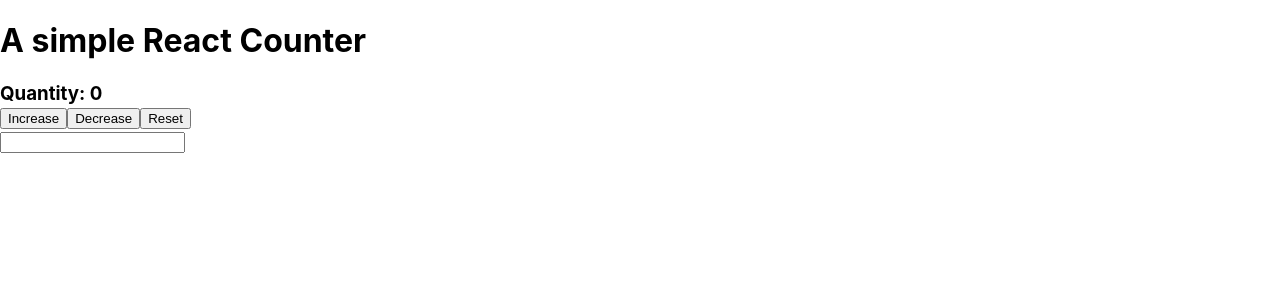
Repository: qudos4real/altschool-second-sem
Page: /
The author's editor kept a copy of each file at every save. The page is drawn from the files as they stood at one save, then again after a run of saves.
The browser window is 1280 px wide. The pictures show the whole page.
The project was rebuilt for these pictures with package versions that can differ from the ones it lists, and the page was loaded fresh each time. Also part of the build but not shown: src/App.css.

Above is the page before, as saved 2022-11-03 02:01:41.

### src/App.js
import Counter from './Counter';
import './App.css';



function App() {

  return (
    <>
    <h1>
      A simple React Counter
    </h1>
    <Counter />
    </>

  );
}

export default App;

### src/Counter.js
import React from 'react'
import { useState } from 'react';

const useCounter = (initialValue) => {
    const [count, setCount] = useState(initialValue);
    const increment = () => { setCount(count + 1) };
    const decrement = () => { count > 0 && setCount(count - 1) };
    const reset = () => { setCount(initialValue) };
    const setValue = (value) => { setCount(value) };
    return { count, increment, decrement, reset, setValue };

}

// function reducer(state, action) {
//     switch (action.type) {
//         case 'increment':
//             return { count: state.count + 1 };
//         case 'decrement':
//             return { count: state.count - 1 };
//         case 'reset':
//             return { count: 0 };
//         default:
//             return state;
//     }
// }

function Counter() {
    const quantity = useCounter(0);
    // const [state, dispatch] = React.useReducer(reducer, { count: 0 });
    return (
        <div>
            {/* <h2>Counter</h2>
            <p>Count: {state.count}</p> */}

            <h3>
            Quantity: {quantity.count}

            <br />
            {/* <button onClick={() => dispatch({type: "increment"})}>Increase</button> */}
            {/* <button onClick={() => dispatch({type: "decrement"})}>Decrease</button> */}
            <button onClick={quantity.increment}>Increase</button>
            <button onClick={quantity.decrement}>Decrease</button>
            <button onClick={quantity.reset}>Reset</button>
            <br />
            <input type="number" onChange={(e) => quantity.setValue(e.target.value)} />


            </h3>
        </div>
    )
}

export default Counter

### src/Reducer.js
import React from 'react'
import { useReducer } from 'react';


function reducer(state, action) {
    switch (action.type) {
        case 'increment':
            return { count: state.count + 1 };
        case 'decrement':
            return { count: state.count - 1 };
        case 'reset':
            return { count: 0 };
        default:
            return state;
    }
}

 const [state, dispatch] = useReducer(reducer, { count: 0 });



 function Reducer() {
    return (
        <>
            <h3> Quantity: {state}</h3>
            <button onClick={() => dispatch({ type: 'increment' })}>Increase</button>
            <button onClick={() => dispatch({ type: 'decrement' })}>Decrease</button>
            <button onClick={() => dispatch({ type: 'reset' })}>Reset</button>

        </>
    )
 }

 export default Reducer

Loaded but not shown: public/index.html (common file); src/index.js (common file); src/index.css (common file); src/reportWebVitals.js (common file)

After the next 3 saves:
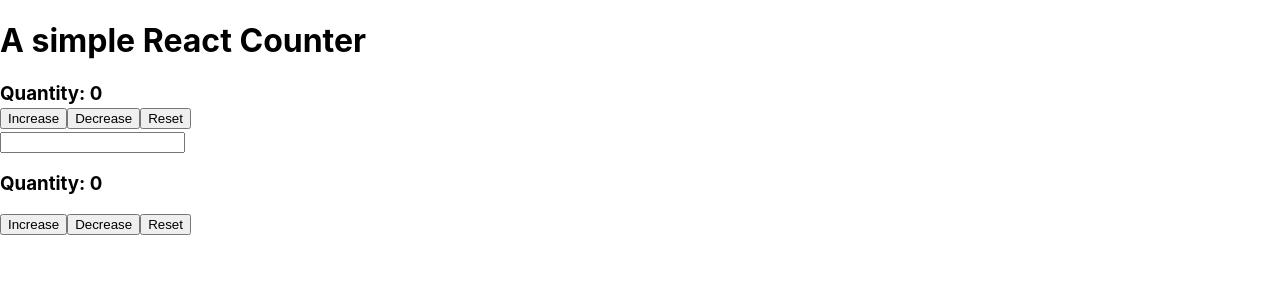
The 3 saves are shown as one change because 2 did not build or start.
The last was saved 2 min 33 s later.
--- a/src/App.js
+++ b/src/App.js
@@ -1,5 +1,6 @@
 import Counter from './Counter';
 import './App.css';
+import Reducer from './Reducer';
 
 
 
@@ -11,6 +12,7 @@
       A simple React Counter
     </h1>
     <Counter />
+    <Reducer />
     </>
 
   );
--- a/src/Reducer.js
+++ b/src/Reducer.js
@@ -15,14 +15,13 @@
     }
 }
 
- const [state, dispatch] = useReducer(reducer, { count: 0 });
-
 
 
  function Reducer() {
+        const [state, dispatch] = useReducer(reducer, { count: 0 });
     return (
         <>
-            <h3> Quantity: {state}</h3>
+            <h3> Quantity: 0</h3>
             <button onClick={() => dispatch({ type: 'increment' })}>Increase</button>
             <button onClick={() => dispatch({ type: 'decrement' })}>Decrease</button>
             <button onClick={() => dispatch({ type: 'reset' })}>Reset</button>
